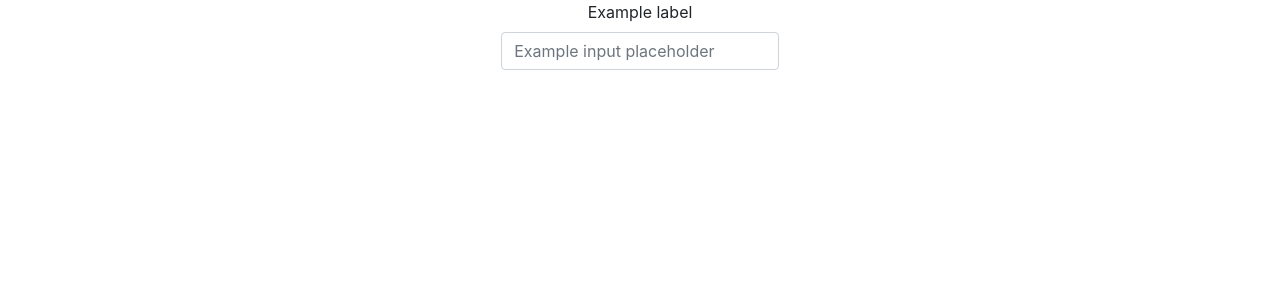
Repository: baobaodeveloper/bootcamp21__array__HuynhAnhBao
Page: index.html
The author's editor kept a copy of each file at every save. The page is drawn from the files as they stood at one save, then again after the next save.
The browser window is 1280 px wide. The pictures show the whole page.

Above is the page before, as saved 2022-03-20 16:26:27.

After the next save:
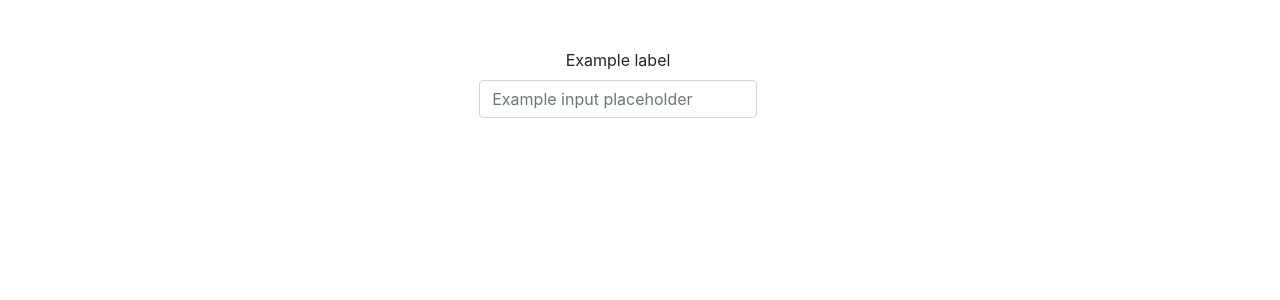
Saved 10 s later.
--- a/index.html
+++ b/index.html
@@ -18,7 +18,7 @@
     />
   </head>
   <body>
-    <div class="container d-flex justify-content-center align-items-center">
+    <div class="container d-flex justify-content-center align-items-center m-5">
       <div class="mb-3 text-center w-25">
         <label for="formGroupExampleInput" class="form-label"
           >Example label</label
